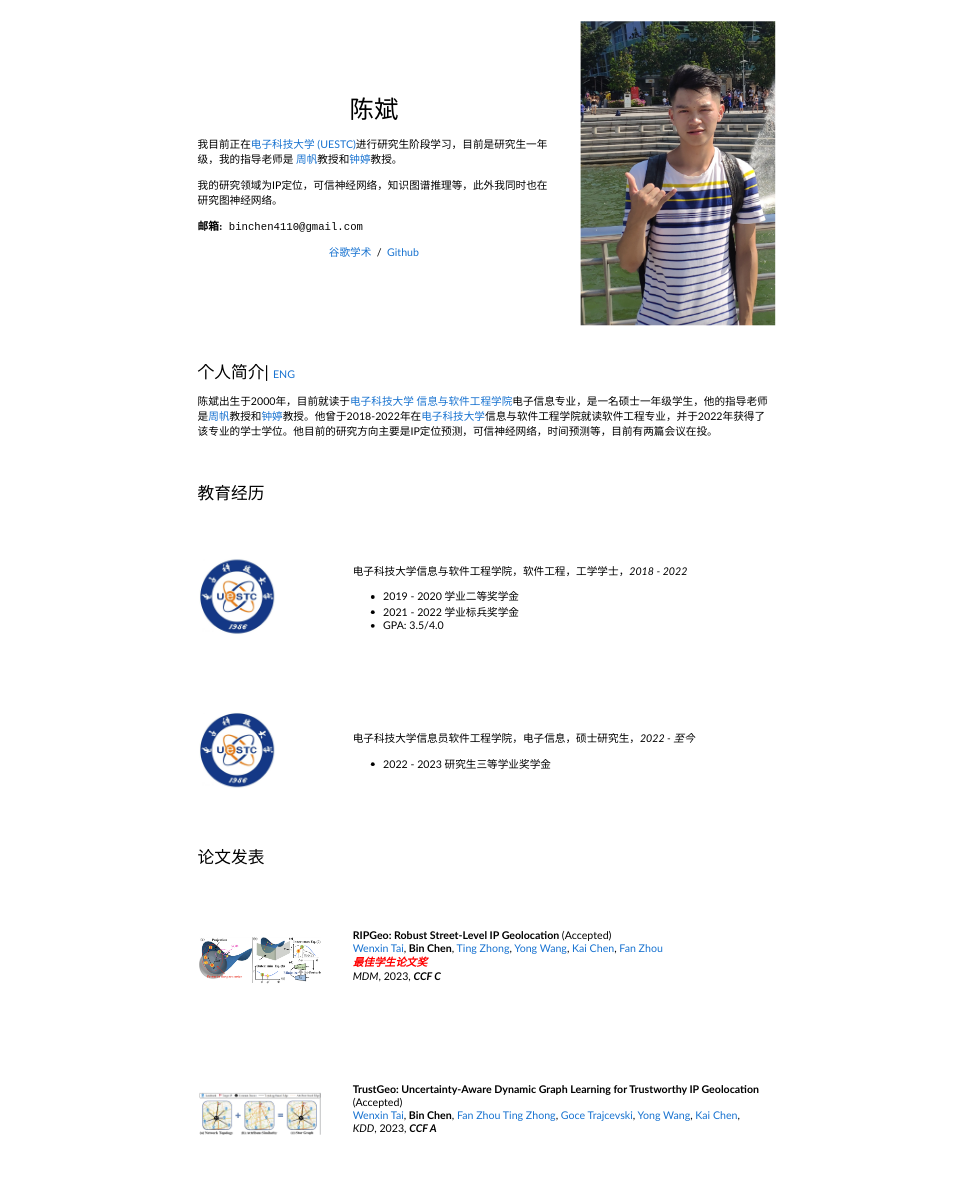
Repository: b1nchen/b1nchen.github.io
Page: index_CHN.html
An editor plug-in stored every save of this project. The page is shown before and after the next save, followed by the edit.
The browser window is 1280 px wide. The pictures show the part of the page from y = 0 to 1578 px (the page is 1950 px tall), at 76% of full size.
A picture or video elsewhere on the page could not be fetched, so the positions and the page height are approximate.

Above is the page before, as saved 2023-07-06 11:14:51.

### index_CHN.html
<!DOCTYPE HTML>
<html lang="en">

<head>
  <meta http-equiv="Content-Type" content="text/html; charset=UTF-8">

  <title>Bin Chen</title>

  <meta name="author" content="Bin Chen">
  <meta name="viewport" content="width=device-width, initial-scale=1">

  <link rel="stylesheet" type="text/css" href="stylesheet.css">
  <link rel="icon" href="images/uestc_icon.jpeg">
</head>

<body>
  <table
    style="width:100%;max-width:800px;border:0px;border-spacing:0px;border-collapse:separate;margin-right:auto;margin-left:auto;">
    <tbody>
      <tr style="padding:0px">
        <td style="padding:0px">
          <table
            style="width:100%;border:0px;border-spacing:0px;border-collapse:separate;margin-right:auto;margin-left:auto;">
            <tbody>
              <tr style="padding:0px">
                <td style="padding:2.5%;width:63%;vertical-align:middle">
                  <p style="text-align:center">
                    <name>陈斌</name>
                  </p>
                  <p>我目前正在<a href="https://en.uestc.edu.cn/">电子科技大学 (UESTC)</a>进行研究生阶段学习，目前是研究生一年级，我的指导老师是 <a
                      href="https://scholar.google.com/citations?user=Ihj2Rw8AAAAJ">周帆</a>教授和<a
                      href="https://scholar.google.com/citations?user=Mdr0XDkAAAAJ">钟婷</a>教授。
                  </p>
                  <p>
                    我的研究领域为IP定位，可信神经网络，知识图谱推理等，此外我同时也在研究图神经网络。
                  </p>
                  <p style="font-family: 'Courier New', Courier, monospace;">
                    <b style="font-family: 'Times New Roman', Times, serif;">邮箱:</b> binchen4110@gmail.com
                    <br>
                    <!-- &nbsp &nbsp &nbsp
                    haoyang[dot]yu417[at]outlook.com <br> -->


                  </p>
                  <p style="text-align:center">
                    <!-- <a href="resume/resume_chn.pdf">个人简历</a> &nbsp/&nbsp -->
                    <a>谷歌学术</a>
                    &nbsp/&nbsp
                    <a href="https://github.com/binchen4110/">Github</a>
                  </p>

                </td>
                <td style="padding:2.5%;width:40%;max-width:40%">
                  <a href="images/profile.jpg"><img style="width:100%;max-width:100%" alt="profile photo"
                      src="images/profile.jpg" class="hoverZoomLink"></a>
                </td>
              </tr>
            </tbody>
          </table>

          <table
            style="width:100%;border:0px;border-spacing:0px;border-collapse:separate;margin-right:auto;margin-left:auto;">
            <tbody>
              <tr>
                <td style="padding:20px;width:100%;vertical-align:middle">
                  <heading>个人简介| <a href="index.html">ENG</a>
                  </heading>
                  <p>
                    陈斌出生于2000年，目前就读于<a
                    href="https://www.uestc.edu.cn/">电子科技大学</a>  <a
                    href="https://www.sise.uestc.edu.cn/">信息与软件工程学院</a>电子信息专业，是一名硕士一年级学生，他的指导老师是<a
                      href="https://scholar.google.com/citations?user=Ihj2Rw8AAAAJ">周帆</a>教授和<a
                      href="https://scholar.google.com/citations?user=Mdr0XDkAAAAJ">钟婷</a>教授。他曾于2018-2022年在<a href="https://www.uestc.edu.cn/">电子科技大学</a>信息与软件工程学院就读软件工程专业，并于2022年获得了该专业的学士学位。他目前的研究方向主要是IP定位预测，可信神经网络，时间预测等，目前有两篇会议在投。<br>

                  </p>
                </td>
              </tr>
            </tbody>
          </table>
          <table
            style="width:100%;border:0px;border-spacing:0px;border-collapse:separate;margin-right:auto;margin-left:auto;">
            <tbody>

            </tbody>
          </table>

          <table
            style="width:100%;border:0px;border-spacing:0px;border-collapse:separate;margin-right:auto;margin-left:auto;">
            <tbody>
              <tr>
                <td style="padding:20px;width:100%;vertical-align:middle">
                  <heading>教育经历</heading>
                </td>
              </tr>
            </tbody>
          </table>
          <table width="100%" align="center" border="0" cellpadding="20">
            <tbody>

              <tr>
                <td style="padding:20px;width:25%;vertical-align:middle">
                  <div class="flexbox">
                    <img src='images/uestc_icon.jpeg' width="100px">
                  </div>
                </td>
                <td style="padding:20px;width:75%;vertical-align:middle">
                  <p>电子科技大学信息与软件工程学院，软件工程，工学学士，<em>2018 -  2022 </em></p>
                  <ul>
                    <li>
                      2019 - 2020 学业二等奖学金
                    </li>
                    <li>
                      2021 - 2022 学业标兵奖学金
                    </li>
                    <li>
                      GPA: 3.5/4.0
                    </li>
                  </ul>
                  <p> </p>
                </td>
              </tr>


              <tr>
                <td style="padding:20px;width:25%;vertical-align:middle">
                  <div class="flexbox">
                    <img src='images/uestc_icon.jpeg' width="100px">
                  </div>
                </td>
                <td style="padding:20px;width:75%;vertical-align:middle">
                  <p>电子科技大学信息员软件工程学院，电子信息，硕士研究生，<em>2022 - 至今</em></p>
                  <ul>
                    <li>2022 - 2023 研究生三等学业奖学金</li>
                  </ul>
                </td>
              </tr>


              <!-- <tr>
                <td align="center" style="padding:20px;width:25%;vertical-align:middle">
                  <heading>Basically <br> Blog Posts</heading>
                </td>
                <td width="75%" valign="middle">
                  <a href="https://arxiv.org/abs/2112.11687">Squareplus: A Softplus-Like Algebraic Rectifier</a>
                  <br>
                  <a href="https://arxiv.org/abs/2010.09714">A Convenient Generalization of Schlick's Bias and Gain
                    Functions</a>
                  <br>
                  <a href="https://arxiv.org/abs/1704.07483">Continuously Differentiable Exponential Linear Units</a>
                </td>
              </tr> -->


            </tbody>
          </table>

          <table width="100%" align="center" border="0" cellspacing="0" cellpadding="20">
            <tbody>
              <tr>
                <td>
                  <heading>论文发表</heading>
                </td>
              </tr>
            </tbody>
          </table>
          <table width="100%" align="center" border="0" cellpadding="20">
            <tbody>

              <!-- MDM 2023 -->
                <tr onmouseout="ripgeo_data()" onmouseover="ripgeo_para()">
                  <td style="padding:20px;width:25%;vertical-align:middle">
                    <div class="one">
                      <div class="two" id='data'>
                        <img src='images/ripgeo_perturb_data.png' width="160">


                      </div>
                      <img src="images/ripgeo_perturb_para.png" width="160">
                    </div>
                    <script type="text/javascript">
                      function ripgeo_data() {
                        document.getElementById('data').style.opacity = "0";
                      }

                      function ripgeo_para() {
                        document.getElementById('data').style.opacity = "1";
                      }
                      ripgeo_data()
                    </script>
                  </td>
                  <td style="padding:20px;width:75%;vertical-align:middle">

                    <papertitle>RIPGeo: Robust Street-Level IP Geolocation </papertitle>(Accepted)

                    <br>
                    <a href="https://scholar.google.com/citations?user=YyxocAIAAAAJ">Wenxin Tai</a>,
                    <strong>Bin Chen</strong>,
                    <a href="https://scholar.google.com/citations?user=Mdr0XDkAAAAJ">Ting Zhong</a>,
                    <a>Yong Wang</a>,
                    <a href="https://scholar.google.com/citations?user=tnRV5QYAAAAJ">Kai Chen</a>,
                    <a href="https://scholar.google.com/citations?user=Ihj2Rw8AAAAJ">Fan Zhou</a>

                    <br>
                    <em><b style="color:red">最佳学生论文奖</b></em>
                    <br>
                    <em>MDM</em>, 2023, <em><strong>CCF C</strong></em>
                    <br>
                    <!-- <a href="https://ojs.aaai.org/index.php/AAAI/article/view/21687">链接</a> -->
                    <!-- <a href="https://ieeexplore.ieee.org/document/9747900">链接</a>,
                    <a href="https://youtu.be/uT1pEfHbo14">视频</a>,
                    <a href="papers/ICASSP_5513_poster.pdf">海报</a>,
                    <a href="papers/ICASSP_slides.pptx">幻灯片</a>,
                    <a href="papers/ICASSP_2022_FUFI.pdf">下载</a>
                    <p></p>
                    <p>We incorporate evidential learning into IP geolocation to improve the stability of the system.. -->
                    </p>
                  </td>
                </tr>


                <!-- KDD 2023 -->
                <tr onmouseout="FUFI_intro()" onmouseover="FUFI_end()">
                  <td style="padding:20px;width:25%;vertical-align:middle">
                    <div class="one">
                      <div class="two" id='method'>
                        <img src='images/trustgeo_method.png' width="160">


                      </div>
                      <img src="images/trustgeo_model.png" width="160">
                    </div>
                    <script type="text/javascript">
                      function FUFI_intro() {
                        document.getElementById('method').style.opacity = "0";
                      }

                      function FUFI_end() {
                        document.getElementById('method').style.opacity = "1";
                      }
                      FUFI_intro()
                    </script>
                  </td>
                  <td style="padding:20px;width:75%;vertical-align:middle">

                    <papertitle>TrustGeo: Uncertainty-Aware Dynamic Graph Learning for Trustworthy IP Geolocation </papertitle>(Accepted)

                    <br>
                    <a href="https://scholar.google.com/citations?user=YyxocAIAAAAJ">Wenxin Tai</a>,
                    <strong>Bin Chen</strong>,
                    <a href="https://scholar.google.com/citations?user=Ihj2Rw8AAAAJ">Fan Zhou</a>
                    <a href="https://scholar.google.com/citations?user=Mdr0XDkAAAAJ">Ting Zhong</a>,
                    <a href="https://scholar.google.com/citations?user=Avus2kcAAAAJ">Goce Trajcevski</a>,
                    <a>Yong Wang</a>,
                    <a href="https://scholar.google.com/citations?user=tnRV5QYAAAAJ">Kai Chen</a>,

                    <br>
                    <em>KDD</em>, 2023, <em><strong>CCF A</strong></em>
                    <br>
                    <!-- <a href="https://ieeexplore.ieee.org/document/9747900">链接</a>,
                    <a href="https://youtu.be/uT1pEfHbo14">视频</a>,
                    <a href="papers/ICASSP_5513_poster.pdf">海报</a>,
                    <a href="papers/ICASSP_slides.pptx">幻灯片</a>,
                    <a href="papers/ICASSP_2022_FUFI.pdf">下载</a>
                    <p></p>
                    <p>We incorporate evidential learning into IP geolocation to improve the stability of the system.. -->
                    </p>
                  </td>
                </tr>


              </tbody>
          </table>
        </td>
      </tr>
  </table>
  <center>
  <p>
    <font size="2">
      <font size="2">
        <font size="2">&nbsp;<br>自2023年2月来的第
          &nbsp; <a href="https://www.easycounter.com/">
            <img src="https://www.easycounter.com/counter.php?hyson"
            border="0" alt="Web Site Hit Counter"></a> <i>
            <font face="Arial" size="2"></font>
          </i></font>位独立访客
      </font>
    </font>
  </p>


  <!-- <p><script type="text/javascript" id="clustrmaps" src="//clustrmaps.com/map_v2.js?d=zTeQ7rUwgmcb-VHkgGnJarI7gvpzTVAFessGPwxe0HU&cl=ffffff&w=a"></script></p> -->
  <p style="color: #AAAAAA;">© 2023 陈斌 | Powered by <a href="https://pattonyu.github.io/">余昊扬</a> and <a href="https://jonbarron.info/">Jon Barron </a> | 更新时间
      2023-02-28 |
      友情链接: <a href="https://xovee.cn">Xovee Xu</a></p>
  </center>
</body>

</html>

### stylesheet.css
/* latin-ext */
@font-face {
  font-family: 'Lato';
  font-style: italic;
  font-weight: 400;
  src: local('Lato Italic'), local('Lato-Italic'), url(https://fonts.gstatic.com/s/lato/v15/S6u8w4BMUTPHjxsAUi-qNiXg7eU0.woff2) format('woff2');
  unicode-range: U+0100-024F, U+0259, U+1E00-1EFF, U+2020, U+20A0-20AB, U+20AD-20CF, U+2113, U+2C60-2C7F, U+A720-A7FF;
}
/* latin */
@font-face {
  font-family: 'Lato';
  font-style: italic;
  font-weight: 400;
  src: local('Lato Italic'), local('Lato-Italic'), url(https://fonts.gstatic.com/s/lato/v15/S6u8w4BMUTPHjxsAXC-qNiXg7Q.woff2) format('woff2');
  unicode-range: U+0000-00FF, U+0131, U+0152-0153, U+02BB-02BC, U+02C6, U+02DA, U+02DC, U+2000-206F, U+2074, U+20AC, U+2122, U+2191, U+2193, U+2212, U+2215, U+FEFF, U+FFFD;
}
/* latin-ext */
@font-face {
  font-family: 'Lato';
  font-style: italic;
  font-weight: 700;
  src: local('Lato Bold Italic'), local('Lato-BoldItalic'), url(https://fonts.gstatic.com/s/lato/v15/S6u_w4BMUTPHjxsI5wq_FQftx9897sxZ.woff2) format('woff2');
  unicode-range: U+0100-024F, U+0259, U+1E00-1EFF, U+2020, U+20A0-20AB, U+20AD-20CF, U+2113, U+2C60-2C7F, U+A720-A7FF;
}
/* latin */
@font-face {
  font-family: 'Lato';
  font-style: italic;
  font-weight: 700;
  src: local('Lato Bold Italic'), local('Lato-BoldItalic'), url(https://fonts.gstatic.com/s/lato/v15/S6u_w4BMUTPHjxsI5wq_Gwftx9897g.woff2) format('woff2');
  unicode-range: U+0000-00FF, U+0131, U+0152-0153, U+02BB-02BC, U+02C6, U+02DA, U+02DC, U+2000-206F, U+2074, U+20AC, U+2122, U+2191, U+2193, U+2212, U+2215, U+FEFF, U+FFFD;
}
/* latin-ext */
@font-face {
  font-family: 'Lato';
  font-style: normal;
  font-weight: 400;
  src: local('Lato Regular'), local('Lato-Regular'), url(https://fonts.gstatic.com/s/lato/v15/S6uyw4BMUTPHjxAwXiWtFCfQ7A.woff2) format('woff2');
  unicode-range: U+0100-024F, U+0259, U+1E00-1EFF, U+2020, U+20A0-20AB, U+20AD-20CF, U+2113, U+2C60-2C7F, U+A720-A7FF;
}
/* latin */
@font-face {
  font-family: 'Lato';
  font-style: normal;
  font-weight: 400;
  src: local('Lato Regular'), local('Lato-Regular'), url(https://fonts.gstatic.com/s/lato/v15/S6uyw4BMUTPHjx4wXiWtFCc.woff2) format('woff2');
  unicode-range: U+0000-00FF, U+0131, U+0152-0153, U+02BB-02BC, U+02C6, U+02DA, U+02DC, U+2000-206F, U+2074, U+20AC, U+2122, U+2191, U+2193, U+2212, U+2215, U+FEFF, U+FFFD;
}
/* latin-ext */
@font-face {
  font-family: 'Lato';
  font-style: normal;
  font-weight: 700;
  src: local('Lato Bold'), local('Lato-Bold'), url(https://fonts.gstatic.com/s/lato/v15/S6u9w4BMUTPHh6UVSwaPGQ3q5d0N7w.woff2) format('woff2');
  unicode-range: U+0100-024F, U+0259, U+1E00-1EFF, U+2020, U+20A0-20AB, U+20AD-20CF, U+2113, U+2C60-2C7F, U+A720-A7FF;
}
/* latin */
@font-face {
  font-family: 'Lato';
  font-style: normal;
  font-weight: 700;
  src: local('Lato Bold'), local('Lato-Bold'), url(https://fonts.gstatic.com/s/lato/v15/S6u9w4BMUTPHh6UVSwiPGQ3q5d0.woff2) format('woff2');
  unicode-range: U+0000-00FF, U+0131, U+0152-0153, U+02BB-02BC, U+02C6, U+02DA, U+02DC, U+2000-206F, U+2074, U+20AC, U+2122, U+2191, U+2193, U+2212, U+2215, U+FEFF, U+FFFD;
}

a {
  color: #1772d0;
  text-decoration: none;
}

a:focus,
a:hover {
  color: #f09228;
  text-decoration: none;
}

body,
td,
th,
tr,
p,
a {
  font-family: 'Lato', Verdana, Helvetica, sans-serif;
  font-size: 14px
}

strong {
  font-family: 'Lato', Verdana, Helvetica, sans-serif;
  font-size: 14px;
}

heading {
  font-family: 'Lato', Verdana, Helvetica, sans-serif;
  font-size: 22px;
}

papertitle {
  font-family: 'Lato', Verdana, Helvetica, sans-serif;
  font-size: 14px;
  font-weight: 700
}

name {
  font-family: 'Courier New', Courier, monospace;
  font-size: 32px;
}


.flexbox{
  width: 160px;
  height: 160px;
  display: flex;
  align-items: center;
  justify-items: center;
  /* text-align: center; */
}

.flexbox img{
  justify-items: center;
  align-items: center;
  /* text-align: center; */
}


.one {
  width: 160px;
  height: 160px;
  display: flex;
  position: relative;
  align-items: center;
}

.one img{
  width: 160px;
  align-items: center;
}

.two {
  width: 160px;
  height: 160px;
  display: flex;
  position: absolute;
  transition: opacity .2s ease-in-out;
  -moz-transition: opacity .2s ease-in-out;
  -webkit-transition: opacity .2s ease-in-out;
  align-items: center;
}

.two img{
  width: 160px;
  align-items: center;
}

.fade {
  transition: opacity .2s ease-in-out;
  -moz-transition: opacity .2s ease-in-out;
  -webkit-transition: opacity .2s ease-in-out;
}

span.highlight {
  background-color: #ffffd0;
}

After the next save:
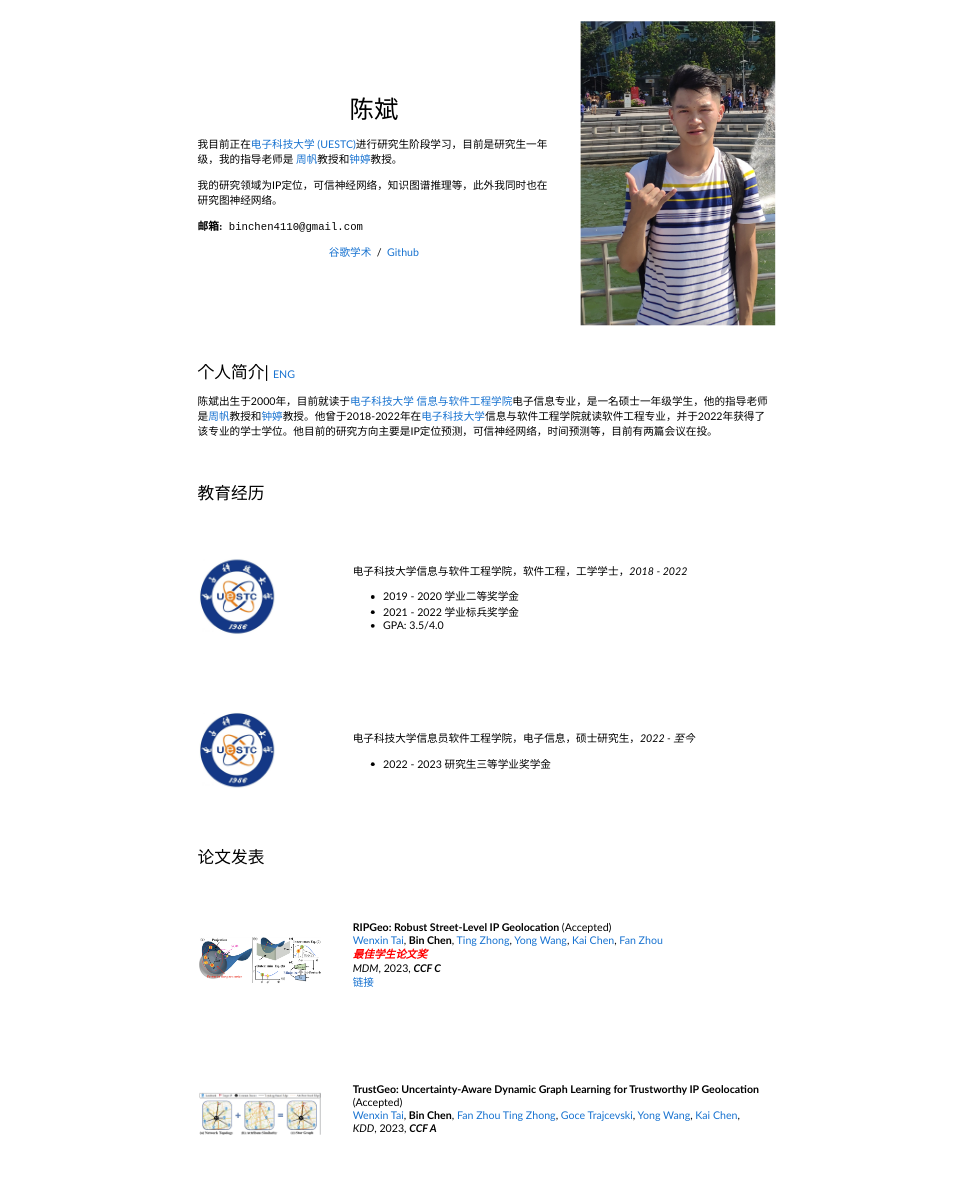
Saved 5 s later.
--- a/index_CHN.html
+++ b/index_CHN.html
@@ -205,7 +205,7 @@
                     <br>
                     <em>MDM</em>, 2023, <em><strong>CCF C</strong></em>
                     <br>
-                    <!-- <a href="https://ojs.aaai.org/index.php/AAAI/article/view/21687">链接</a> -->
+                    <a href="https://ojs.aaai.org/index.php/AAAI/article/view/21687">链接</a>
                     <!-- <a href="https://ieeexplore.ieee.org/document/9747900">链接</a>,
                     <a href="https://youtu.be/uT1pEfHbo14">视频</a>,
                     <a href="papers/ICASSP_5513_poster.pdf">海报</a>,
